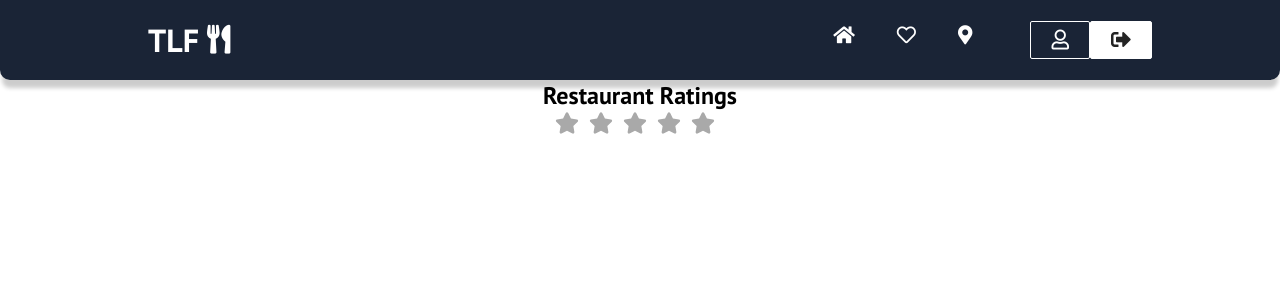
Repository: bethel-school-of-technology/the-local-fork-frontend
Page: /favorites
An editor plug-in stored every save of this project. The page is shown before and after the next save, followed by the edit.
The browser window is 1280 px wide. The pictures show the whole page.
The project was rebuilt for these pictures with package versions that can differ from the ones it lists, and the page was loaded fresh each time. Also part of the build but not shown: src/Components/pages/SignUp.js, src/Components/pages/Delete.js, src/Components/pages/PersonPut.js, src/Components/pages/Login.js, src/Components/pages/Home.js, src/Components/pages/ProfilePage.js, src/Components/pages/Newres.js.

Above is the page before, as saved 2021-11-02 19:15:46.

After the next save:
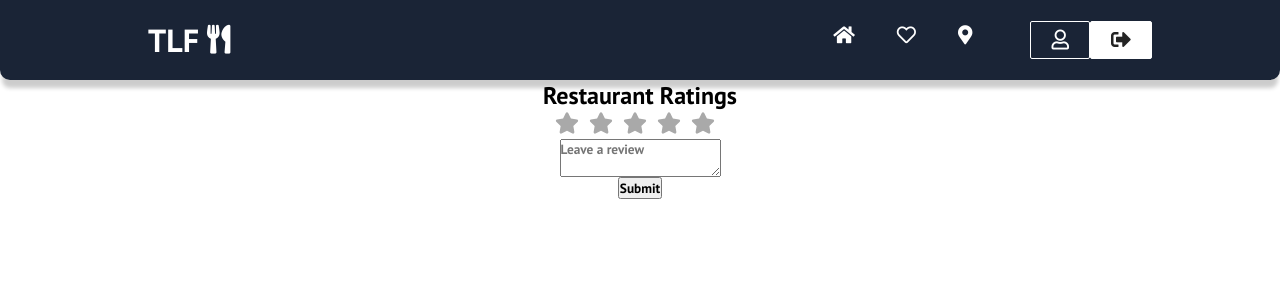
Saved 2 min 41 s later.
--- a/src/Components/pages/Favorites.js
+++ b/src/Components/pages/Favorites.js
@@ -8,42 +8,49 @@ const colors = {
 };
 
 function App() {
+  const stars = Array(5).fill(0);
+  const [currentValue, setCurrentValue] = React.useState(0);
+  const [hoverValue, setHoverValue] = React.useState(undefined);
 
-const stars = Array(5).fill(0);
-const [currentValue, setCurrentValue] = React.useState(0);
-const [hoverValue, setHoverValue] = React.useState(undefined);
+  const handleClick = (value) => {
+    setCurrentValue(value);
+  };
 
-const handleClick = value => {
-    setCurrentValue(value)
-};
+  const handleMouseOver = (value) => {
+    setHoverValue(value);
+  };
 
-const handleMouseOver = value => {
-    setHoverValue(value)
-};
-
-const handleMouseLeave = ()=> {
-    setHoverValue(undefined)
-};
+  const handleMouseLeave = () => {
+    setHoverValue(undefined);
+  };
 
   return (
     <div style={styles.container}>
       <h2>Restaurant Ratings</h2>
       <div style={styles.stars}>
         {stars.map((_, index) => {
-          return <FaStar key={index}
-          size={24}
-          style={{
-              marginRight: 10,
-              cursor: "pointer"
-          }}
-
-          color = {(hoverValue || currentValue) > index ? colors.orange : colors.grey}
-          onClick={() => handleClick(index +1)}
-          onMouseOver={()=> handleMouseOver(index +1)}
-          onMouseLeave={handleMouseLeave}
-          />;
+          return (
+            <FaStar
+              key={index}
+              size={24}
+              style={{
+                marginRight: 10,
+                cursor: "pointer",
+              }}
+              color={
+                (hoverValue || currentValue) > index
+                  ? colors.orange
+                  : colors.grey
+              }
+              onClick={() => handleClick(index + 1)}
+              onMouseOver={() => handleMouseOver(index + 1)}
+              onMouseLeave={handleMouseLeave}
+            />
+          );
         })}
       </div>
+      <textarea placeholder="Leave a review" style={styles.textarea} />
+      <button style={styles.button}>Submit</button>
     </div>
   );
 }
